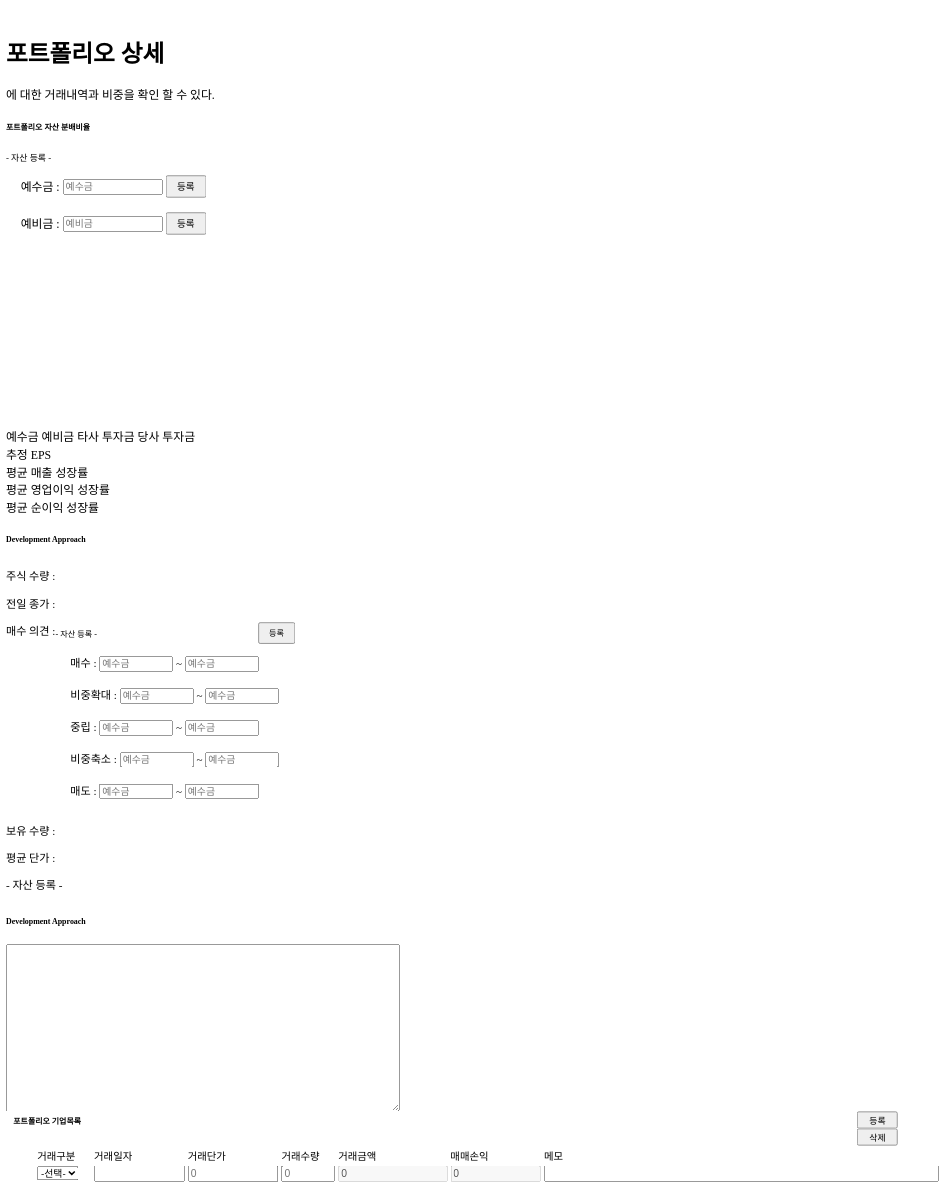
Repository: bangProgram/PJT_Finance
Page: http://localhost/Finance/WEB-INF/views/portfolio/portfolioDetail.jsp
The author's editor kept a copy of each file at every save. The page is drawn from the files as they stood at one save, then again after the next save.
The browser window is 1280 px wide. The pictures show the whole page, at 74% of full size.
The page is served by Tomcat 9. Nobody is signed in. The template is opened directly, without the code that normally fills it, so the values that code supplies are empty.

Above is the page before, as saved 2022-11-17 06:40:39.

After the next save:
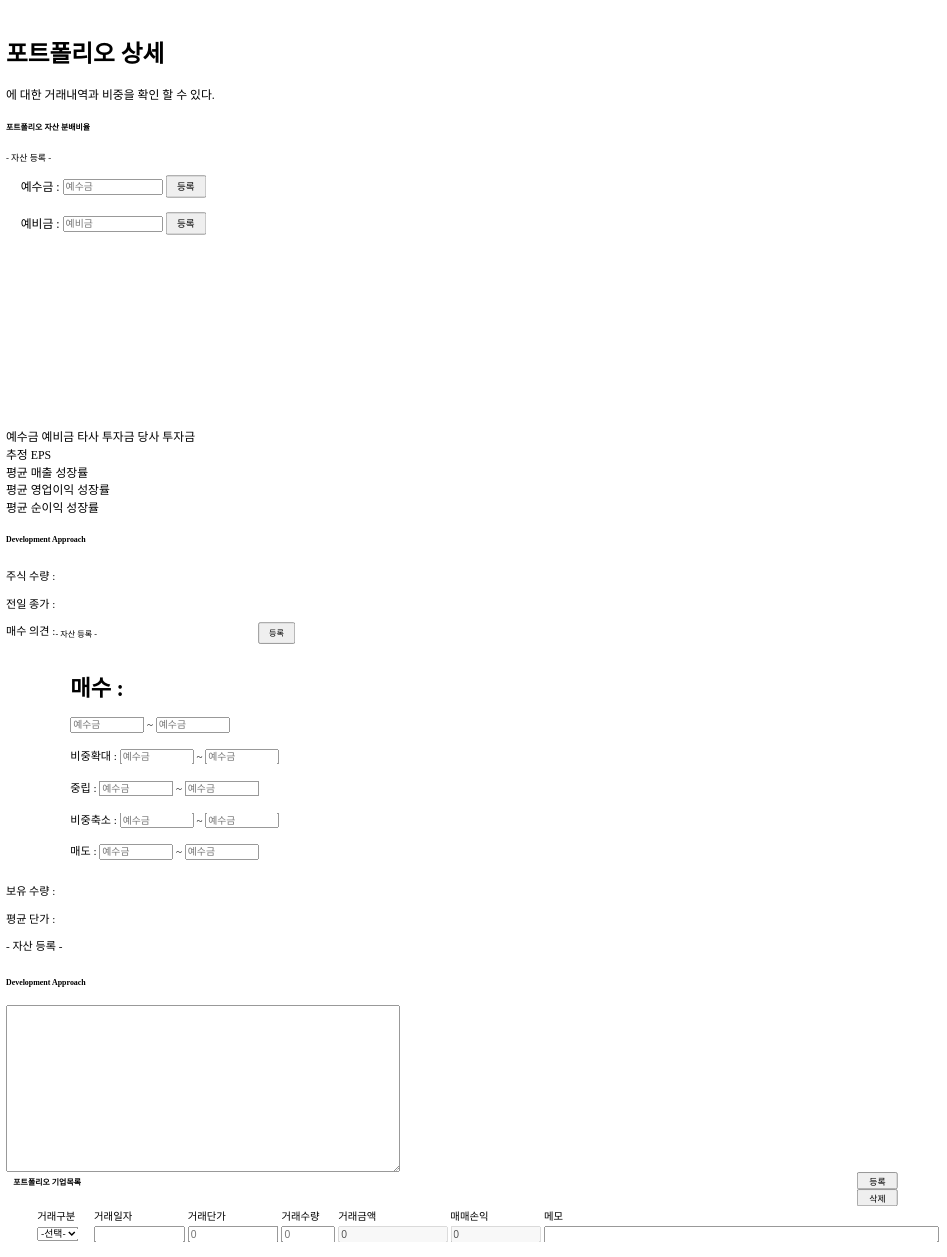
Saved 2 min 46 s later.
--- a/Finance/src/main/webapp/WEB-INF/views/portfolio/portfolioDetail.jsp
+++ b/Finance/src/main/webapp/WEB-INF/views/portfolio/portfolioDetail.jsp
@@ -236,9 +236,11 @@
 			                    <div class="dropdown-divider"></div>
 			                    <div style="padding: 5px 10px 5px 10px;">
 				                    <div class="dropdown-item" style="padding: 10px 10px 10px 10px;">
-					                    매수 :
+					                    <h1>매수 :</h1>
+					                    <nav>
 					                    <input type="text" name="DEPOSIT_AMOUNT" id="DEPOSIT_AMOUNT" style="width : 100px;" value="" title="예수금" placeholder="예수금"> ~
 					                    <input type="text" name="DEPOSIT_AMOUNT" id="DEPOSIT_AMOUNT" style="width : 100px;" value="" title="예수금" placeholder="예수금">
+					                    </nav>
 				                    </div>
 				                    <div class="dropdown-divider"></div>
 				                    <div class="dropdown-item" style="padding: 10px 10px 10px 10px;">

After the 2 saves that followed:
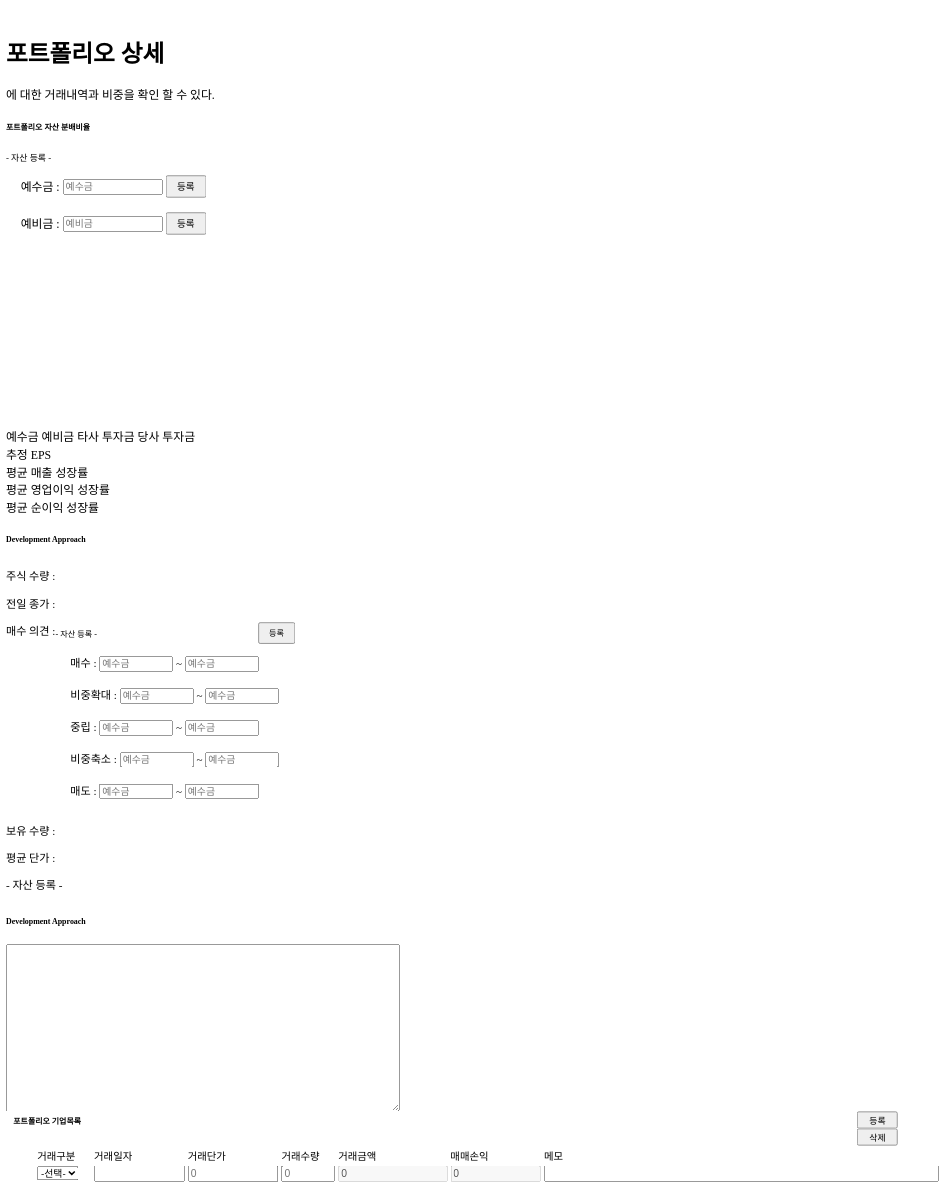
The 2 saves are shown as one change because 1 left the picture as it was.
The last was saved 6 min 50 s later.
--- a/Finance/src/main/webapp/WEB-INF/views/portfolio/portfolioDetail.jsp
+++ b/Finance/src/main/webapp/WEB-INF/views/portfolio/portfolioDetail.jsp
@@ -82,6 +82,10 @@
 	from{background : lightsteelblue;}
 	to{background : transparent;}
 }
+
+.clearfix {*zoom:1;}
+.clearfix:before, .clearfix:after {display:block; content: ''; line-height: 0;}
+.clearfix:after {clear: both;}
 
 </style>
 <html>
@@ -235,12 +239,10 @@
 			                    </div>
 			                    <div class="dropdown-divider"></div>
 			                    <div style="padding: 5px 10px 5px 10px;">
-				                    <div class="dropdown-item" style="padding: 10px 10px 10px 10px;">
-					                    <h1>매수 :</h1>
-					                    <nav>
+				                    <div class="dropdown-item clearfix" style="padding: 10px 10px 10px 10px;">
+					                    <h7>매수 :</h7>
 					                    <input type="text" name="DEPOSIT_AMOUNT" id="DEPOSIT_AMOUNT" style="width : 100px;" value="" title="예수금" placeholder="예수금"> ~
 					                    <input type="text" name="DEPOSIT_AMOUNT" id="DEPOSIT_AMOUNT" style="width : 100px;" value="" title="예수금" placeholder="예수금">
-					                    </nav>
 				                    </div>
 				                    <div class="dropdown-divider"></div>
 				                    <div class="dropdown-item" style="padding: 10px 10px 10px 10px;">
